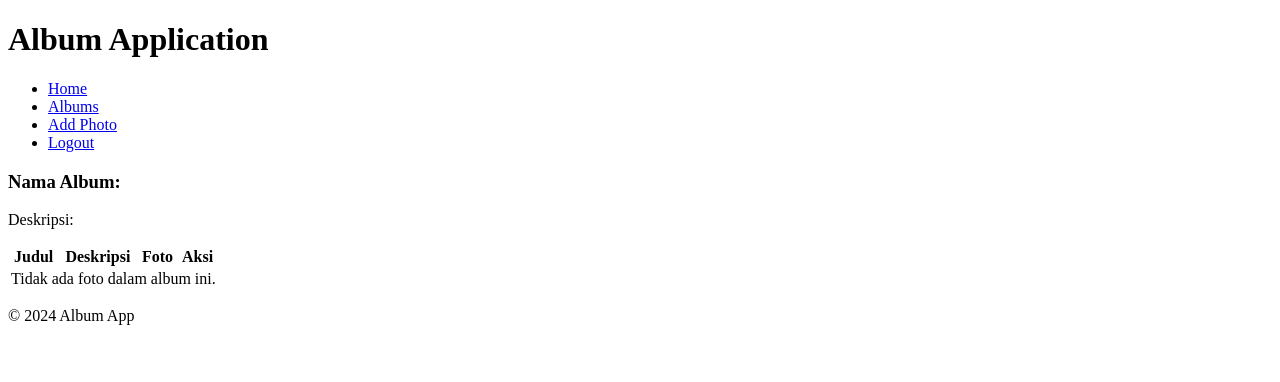
Repository: daffa-alif/snapgram
Page: http://localhost/photos
The author's editor kept a copy of each file at every save. The page is drawn from the files as they stood at one save, then again after the next save.
The browser window is 1280 px wide. The pictures show the whole page.
The page is served by the project's Laravel application, run on PHP 8.4 with Laravel 12. A made-up administrator, Test User (test@example.com), is signed in. Other server files are loaded and not shown. Queries for data that is not in the repository find no rows.

Above is the page before, as saved 2024-10-18 15:03:57.

### routes/web.php
<?php

use Illuminate\Support\Facades\Route;
use App\Http\Controllers\{
    AuthController,
    HomeController,
    AlbumController,
    PhotoController,
};

// Redirect root URL to login
Route::redirect('/', '/auth/login');

// Authentication routes
Route::controller(AuthController::class)->group(function () {

    Route::get('auth/login', 'showLoginForm')->name('login')->middleware('guest');
    Route::post('auth/postLogin', 'postLogin')->name('postLogin');
    Route::post('logout', 'logout')->name('logout');
    Route::get('auth/register', 'showRegistrationForm')->name('register.form');
    Route::post('auth/register', 'register')->name('register');

   // Routes that require authentication
Route::middleware('auth')->group(function () {
    // Home route
    Route::get('/home', [HomeController::class, 'index'])->name('home');
    // Album resource routes
    Route::resource('albums', AlbumController::class);
    // Photo routes
    Route::resource('photos', PhotoController::class);
    Route::get('/albums/{album}/photos', [PhotoController::class, 'index'])
        ->name('albums.photos');
    Route::post('photos/{photo}/like/', [PhotoController::class, 'like'])
        ->name('photos.like');
    Route::get('/photos/{photo}/comments', [PhotoController::class, 'showComments'])
        ->name('photos.comments');
    Route::post('/photos/{photo}/comments', [PhotoController::class, 'storeComment'])
        ->name('photos.comment.store');

        Route::get('profile', [ProfileController::class, 'index'])->name('profile.index');
        Route::put('profile', [ProfileController::class, 'update'])->name('profile.update');
        });
});

### app/Models/User.php
<?php

namespace App\Models;

// use Illuminate\Contracts\Auth\MustVerifyEmail;
use Illuminate\Database\Eloquent\Factories\HasFactory;
use Illuminate\Foundation\Auth\User as Authenticatable;
use Illuminate\Notifications\Notifiable;

class User extends Authenticatable
{
    use HasFactory, Notifiable;

    /**
     * The attributes that are mass assignable.
     *
     * @var array<int, string>
     */
    protected $fillable = [
        'username',
        'email',
        'password',
        'namaLengkap',
        'alamat',
    ];

    protected $primaryKey = 'userID';
    /**
     * The attributes that should be hidden for serialization.
     *
     * @var array<int, string>
     */
    protected $hidden = [
        'password',
        'remember_token',
    ];

    /**
     * Get the attributes that should be cast.
     *
     * @return array<string, string>
     */
    protected function casts(): array
    {
        return [
            'email_verified_at' => 'datetime',
            'password' => 'hashed',
        ];
    }
}

### app/Http/Controllers/PhotoController.php
<?php

namespace App\Http\Controllers;

use Illuminate\Http\Request;
use App\Models\Album;
use App\Models\Photo;
use App\Models\LikePhoto;
use App\Models\Comment;
use Illuminate\Support\Facades\Auth;
use Illuminate\Support\Facades\Storage;

class PhotoController extends Controller
{
    /**
     * Display a listing of the photos for a specific album.
     */
    public function index(Album $album)
    {
        // Check if the album belongs to the authenticated user or is public
        $albums = Album::where('userID', auth()->id())->get();
        $photos = Photo::where('albumID', $album->albumID)->get();
        return view('photos.index', compact('album', 'photos')); // Changed to the appropriate view for displaying photos
    }

    public function edit(Photo $photo)
{
    // Get all albums for the authenticated user
    $albums = Album::where('userID', auth()->id())->get();

    // Pass the photo and albums to the view
    return view('photos.edit', compact('photo', 'albums'));
}
    /**
     * Show the form for creating a new photo.
     */
    public function create()
    {
        $albums = Album::where('userID', auth()->id())->get(); // Get albums for the authenticated user
        return view('photos.create', compact('albums')); // Pass the variable to the view
    }

    /**
     * Store a newly uploaded photo in storage.
     */
    public function store(Request $request)
    {
        // Validate the photo upload form input
        $request->validate([
            'judulFoto' => 'required|max:255',
            'deskripsiFoto' => 'required|max:500',
            'albumID' => 'required|exists:albums,albumID',
            'photo' => 'required|image|max:2048', // Ensure the field name matches the form input
        ]);

        // Handle file upload
        $path = $request->file('photo')->store('photos', 'public');

        // Create a new photo entry in the database
        Photo::create([
            'judulFoto' => $request->input('judulFoto'),
            'deskripsiFoto' => $request->input('deskripsiFoto'),
            'tanggalUnggah' => now(),
            'lokasiFile' => $path,
            'albumID' => $request->input('albumID'),
            'userID' => Auth::id(),
        ]);

        return redirect()->route('albums.index', $request->input('albumID'))->with('success', 'Photo uploaded successfully.');
    }

    /**
     * Display the specified photo details.
     */
    public function show(Photo $photo)
    {
        // Check if the photo belongs to the authenticated user or is publicly accessible
        return view('photos.show', compact('photo'));
    }

    /**
     * Update the specified photo information.
     */
    public function update(Request $request, Photo $photo)
{
    // Validate the updated photo information
    $request->validate([
        'judulFoto' => 'required|max:255',
        'deskripsiFoto' => 'required|max:500',
        'albumID' => 'required|exists:albums,albumID',
        'photo' => 'nullable|image|max:2048', // Make the file optional for update
    ]);

    // Check if a new file is uploaded
    if ($request->hasFile('photo')) {
        // Delete the old file from storage
        Storage::disk('public')->delete($photo->lokasiFile);

        // Store the new file and update the path
        $photo->lokasiFile = $request->file('photo')->store('photos', 'public');
    }

    // Update the photo's details without the file path
    $photo->update([
        'judulFoto' => $request->input('judulFoto'),
        'deskripsiFoto' => $request->input('deskripsiFoto'),
        'albumID' => $request->input('albumID'),
    ]);

    // Redirect to the album index with a success message
    return redirect()->route('albums.index', $photo->albumID)->with('success', 'Photo updated successfully.');
}



    /**
     * Remove the specified photo from storage.
     */
    public function destroy(Photo $photo)
    {
        // Delete the file from storage
        Storage::disk('public')->delete($photo->lokasiFile);

        // Delete the photo from the database
        $photo->delete();

        return redirect()->route('albums.index', $photo->albumID)->with('success', 'Photo deleted successfully.');
    }

    /**
     * Like or unlike a photo.
     */
    /**
 * Like or unlike a photo.
 */
public function like(Photo $photo)
{
    // Check if the user has already liked the photo
    $like = LikePhoto::where('userID', Auth::id())
                     ->where('fotoID', $photo->fotoID) // Change photoID to fotoID
                     ->first();

    if ($like) {
        // If the photo is already liked, remove the like (unlike)
        $like->delete();
    } else {
        // Otherwise, add a new like
        LikePhoto::create([
            'userID' => Auth::id(),
            'fotoID' => $photo->fotoID, // Change photoID to fotoID
            'tanggalLike' => now(), // Assuming you want to store the like date
        ]);
    }

    return back()->with('success', 'Photo like status updated.');
}


    /**
     * Display the comments for a photo.
     */
    public function showComments(Photo $photo)
{
    // Retrieve comments related to the photo
    $comments = Comment::where('fotoID', $photo->fotoID)->get();

    // Pass the photo and comments to the view
    return view('photos.comments', compact('photo', 'comments'));
}


    /**
     * Store a new comment on the photo.
     */
    public function storeComment(Request $request, Photo $photo)
{
    // Validate the comment input
    $request->validate([
        'isiKomentar' => 'required|max:500',
    ]);

    // Create a new comment
    Comment::create([
        'isiKomentar' => $request->input('isiKomentar'),
        'userID' => Auth::id(),
        'fotoID' => $photo->fotoID, // Use fotoID as per your naming convention
    ]);

    return back()->with('success', 'Comment added successfully.');
}

}

### app/Models/Album.php
<?php

namespace App\Models;

use Illuminate\Database\Eloquent\Model;

class Album extends Model {

protected $primaryKey = 'albumID';
protected $fillable = ['namaAlbum', 'deskripsi',
'tanggalDibuat', 'userID'];

/**
* Relasi one-to-one antara Album dan User.
* Setiap album dimiliki oleh satu user.
* Relasi ini menggunakan foreign key 'userID'.
*/
public function user() {
return $this->belongsTo(User::class, 'userID');
}

/**
* Relasi one-to-many antara Album dan Photo.
* Setiap album bisa memiliki banyak foto.
* Relasi ini menggunakan foreign key 'albumID'.
*/
public function photos() {
return $this->hasMany(Photo::class, 'albumID');
}
}

### app/Models/Photo.php
<?php

namespace App\Models;

use Illuminate\Database\Eloquent\Model;
use Illuminate\Support\Facades\Auth;

class Photo extends Model
{
    protected $primaryKey = 'fotoID';
    protected $fillable = [
        'judulFoto', 'deskripsi Foto',
        'tanggalUnggah', 'lokasiFile',
        'albumID', 'userID'];

    public function album()
    {
        return $this->belongsTo(Album::class, 'albumID');
    }

    public function user()
    {
        return $this->belongsTo(User::class, 'userID');
    }

    public function likes()
    {
        return $this->hasMany(LikePhoto::class, 'fotoID');
    }

    public function isLikedByAuthUser()
    {
        return $this->likes()->where('userID', Auth::user()->userID)->exists();
    }

    public function comments() {
        return $this->hasMany (Comment::class, 'fotoID');
        }
}

### resources/views/photos/index.blade.php
@extends('layouts.app')

@section('content')

<h3>Nama Album: {{ $album->namaAlbum }}</h3>
<p>Deskripsi: {{ $album->deskripsi }}</p>

<table>
    <thead>
        <tr>
            <th>Judul</th>
            <th>Deskripsi</th>
            <th>Foto</th>
            <th>Aksi</th>
        </tr>
    </thead>
    <tbody>
        @if($album->photos->isNotEmpty())
            @foreach($album->photos as $photo)
                <tr>
                    <td>{{ $photo->judulFoto }}</td>
                    <td>{{ $photo->deskripsiFoto }}</td>
                    <td>
                        <img src="{{ asset('storage/'.$photo->lokasiFile) }}"
                             loading="lazy"
                             alt="{{ $photo->judulFoto }}"
                             style="width: 200px; height: auto; aspect-ratio: 1/1; object-fit: cover;">
                    </td>
                    <td>
                        <a href="{{ route('photos.edit', $photo->fotoID) }}">Edit</a>
                        <form action="{{ route('photos.destroy', $photo->fotoID) }}" method="POST"
                              onsubmit="return confirm('Yakin ingin menghapus foto ini?');" style="display:inline;">
                            @csrf
                            @method('DELETE')
                            <button type="submit">Hapus</button>
                        </form>
                    </td>
                </tr>
            @endforeach
        @else
            <tr>
                <td colspan="4">Tidak ada foto dalam album ini.</td>
            </tr>
        @endif
    </tbody>
</table>

@endsection

### resources/views/layouts/app.blade.php
<!DOCTYPE html>
<html lang="en">
<head>
    <meta charset="UTF-8">
    <meta name="viewport" content="width=device-width, initial-scale=1.0">
    <meta http-equiv="X-UA-Compatible" content="ie=edge">
    <title>@yield('title', 'Album App')</title>
</head>
<body>

    <!-- Header -->
    <header>
        <h1>Album Application</h1>
        @section('header')
            <nav>
                <ul>
                    <li><a href="{{ route('home') }}">Home</a></li>
                    <li><a href="{{ route('albums.index') }}">Albums</a></li>
                    <li><a href="{{ route('photos.create') }}">Add Photo</a></li> <!-- New link for photos -->
                    <li><a href="{{ route('logout') }}">Logout</a></li>
                </ul>
            </nav>
        @show
    </header>

    <!-- Content Section -->
    <main>
        @yield('content')
    </main>

    <!-- Footer -->
    <footer>
        @section('footer')
            <p>&copy; 2024 Album App</p>
        @show
    </footer>

</body>
</html>

Loaded but not shown: app/Http/Controllers/Controller.php (common file)

After the next save:
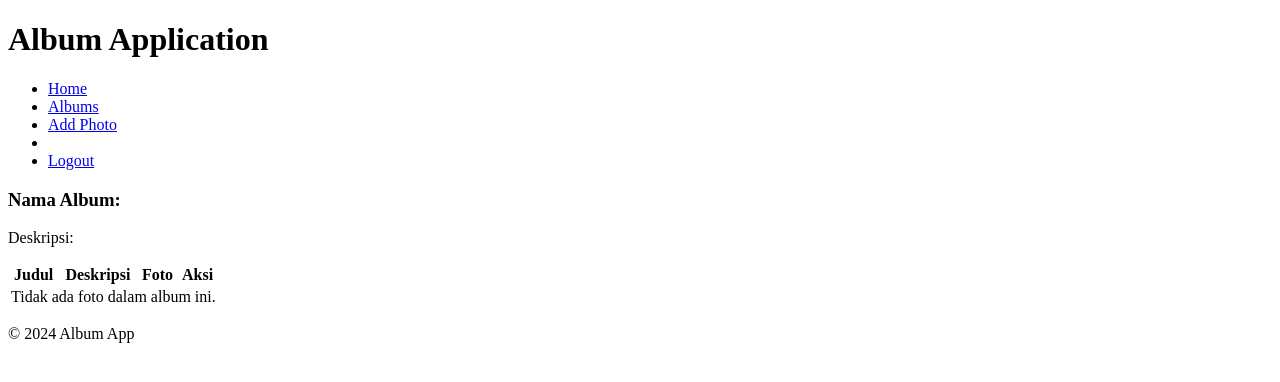
Saved 7 s later.
--- a/resources/views/layouts/app.blade.php
+++ b/resources/views/layouts/app.blade.php
@@ -17,6 +17,7 @@
                     <li><a href="{{ route('home') }}">Home</a></li>
                     <li><a href="{{ route('albums.index') }}">Albums</a></li>
                     <li><a href="{{ route('photos.create') }}">Add Photo</a></li> <!-- New link for photos -->
+                    <li><a href=""></a></li>
                     <li><a href="{{ route('logout') }}">Logout</a></li>
                 </ul>
             </nav>
